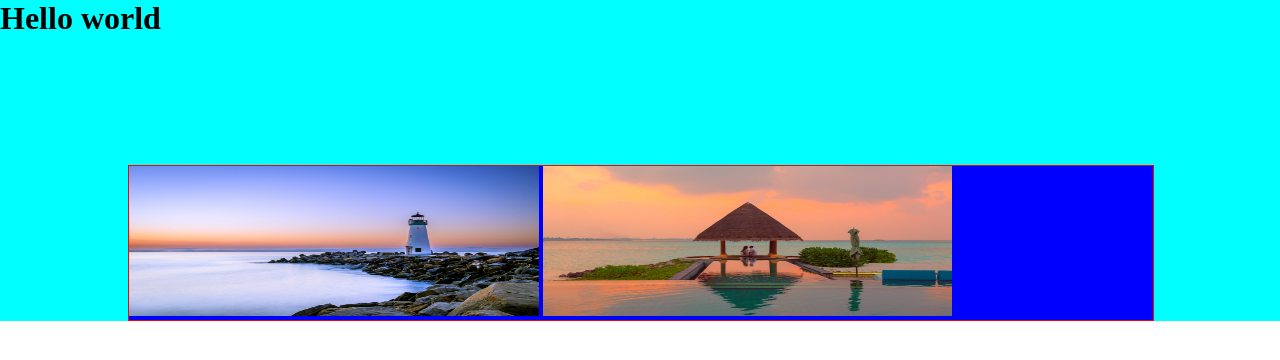
Repository: RPSKumara/DPEdudationPyhton
Page: ImageStyle/index.html
These files come from the project's save history. The page is drawn as it stood at one moment and after a run of saves; the edit follows.
The browser window is 1280 px wide. The pictures show the whole page.

Above is the page before, as saved 2022-04-20 10:17:37.

### ImageStyle/index.html
<!DOCTYPE html>
<html lang="en">
	<head>
		<meta charset="UTF-8" />
		<meta http-equiv="X-UA-Compatible" content="IE=edge" />
		<meta name="viewport" content="width=device-width, initial-scale=1.0" />
		<link rel="stylesheet" href="style.css" />
		<title>Document</title>
	</head>
	<body>
		<div class="container">
			<h1>Hello world</h1>
			<div class="imageSlider">
				<img src="Images/01.jpg" alt="images" class="previewImg" srcset="" />
				<img src="Images/02.jpg" alt="images" class="previewImg" srcset="" />
			</div>
		</div>
	</body>
</html>

### ImageStyle/style.css
*{
    margin: 0;
    padding: 0;
}
.container{
    width: 100%;
    background-color: aqua;
}
.imageSlider{
    min-width: 80%;
    width: 80%;
    margin: 10%;
    background-color: blue;
    border: red solid 0.5px;
}
.previewImg{
    width: 40%;
    max-height: 150px;
    min-height: 100px;
}

After the next 2 saves:
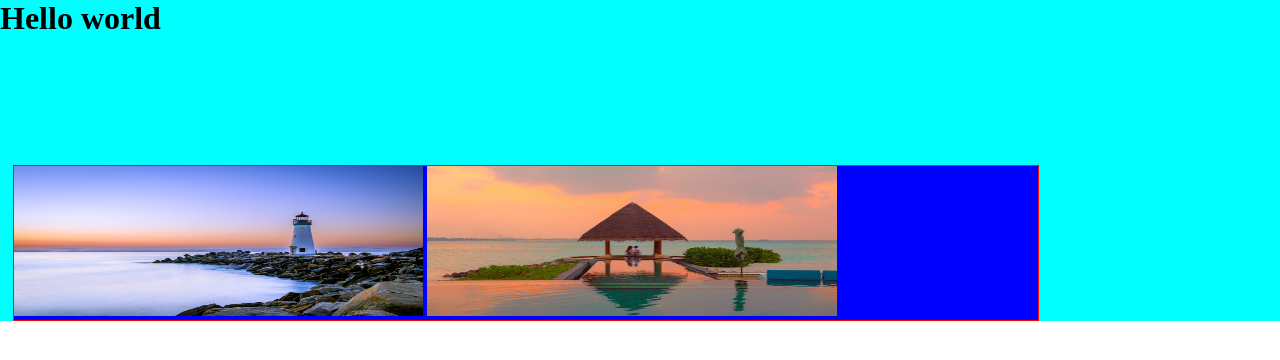
The 2 saves are shown as one change because they came seconds apart.
The last was saved 22 s later.
--- a/ImageStyle/style.css
+++ b/ImageStyle/style.css
@@ -9,7 +9,7 @@
 .imageSlider{
     min-width: 80%;
     width: 80%;
-    margin: 10%;
+    margin: 10% 1%;
     background-color: blue;
     border: red solid 0.5px;
 }
